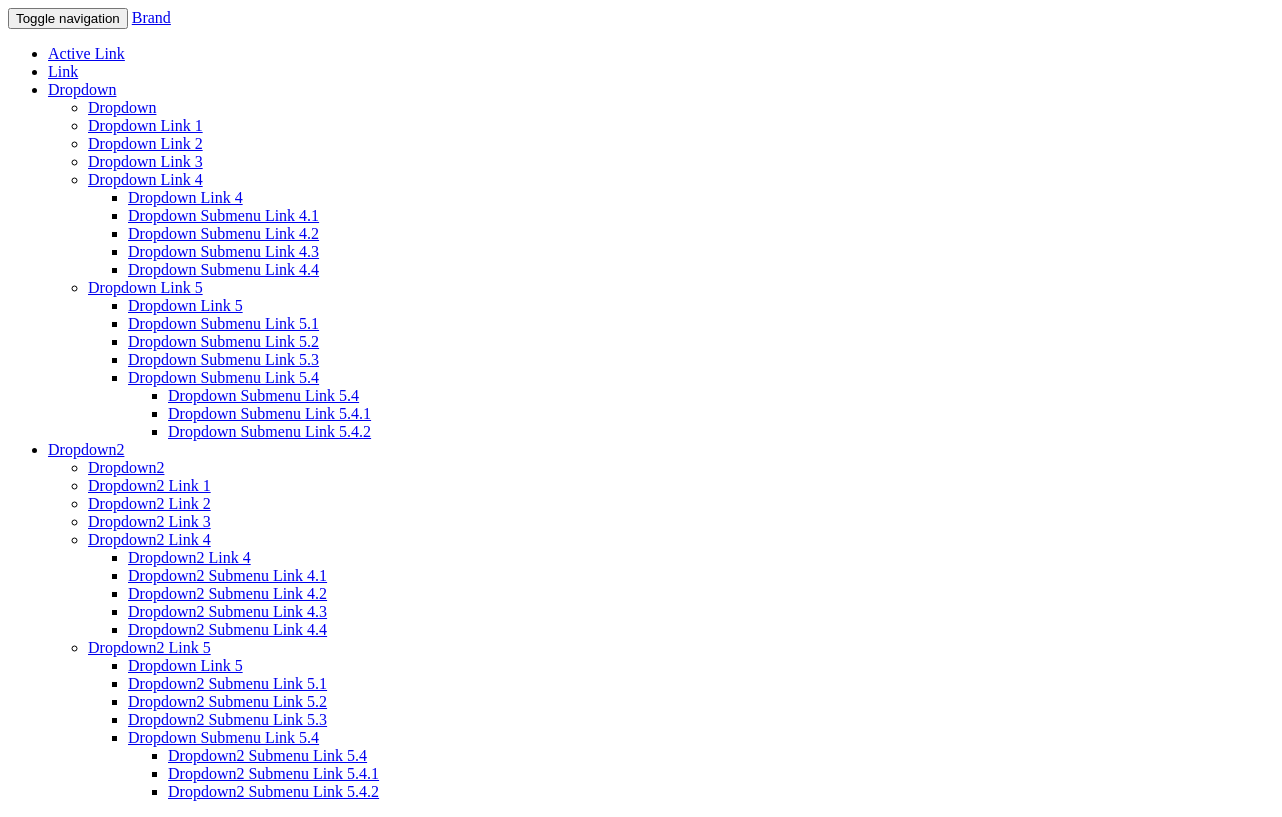
Repository: ganz-95/Denuvo-final
Page: http://localhost/restaurant/
These files come from the project's save history. The page is drawn as it stood at one moment and after the next save; the edit follows.
The browser window is 1280 px wide. The page is 1280 px wide, then 1282 px, so the pictures cover 1282 px, including what lies to the right of the window. The pictures show the whole page.
The page is served by Tomcat 9.

Above is the page before, as saved 2017-01-23 16:35:07.

### workspace/restaurant/src/main/webapp/index.jsp
<html>
<div id="navbar">
  <nav class="navbar navbar-default navbar-static-top" role="navigation">
    <div class="navbar-header">
      <button type="button" class="navbar-toggle" data-toggle="collapse" data-target="#navbar-collapse-1">
      <span class="sr-only">Toggle navigation</span>
      <span class="icon-bar"></span>
      <span class="icon-bar"></span>
      <span class="icon-bar"></span>
      </button>
      <a class="navbar-brand" href="#">Brand</a>
    </div>
    <div class="collapse navbar-collapse" id="navbar-collapse-1">
      <ul class="nav navbar-nav">
        <li class="active"><a href="#">Active Link</a></li>
        <li><a href="#">Link</a></li>
        <li class="dropdown">
          <a href="#" class="dropdown-toggle" data-toggle="dropdown">Dropdown <b class="caret"></b></a>
          <ul class="dropdown-menu">
            <li class="kopie"><a href="#">Dropdown</a></li>
            <li><a href="#">Dropdown Link 1</a></li>
            <li class="active"><a href="#">Dropdown Link 2</a></li>
            <li><a href="#">Dropdown Link 3</a></li>
            <li class="dropdown dropdown-submenu">
              <a href="#" class="dropdown-toggle" data-toggle="dropdown">Dropdown Link 4</a>
              <ul class="dropdown-menu">
                <li class="kopie"><a href="#">Dropdown Link 4</a></li>
                <li><a href="#">Dropdown Submenu Link 4.1</a></li>
                <li><a href="#">Dropdown Submenu Link 4.2</a></li>
                <li><a href="#">Dropdown Submenu Link 4.3</a></li>
                <li><a href="#">Dropdown Submenu Link 4.4</a></li>
              </ul>
            </li>
            <li class="dropdown dropdown-submenu">
              <a href="#" class="dropdown-toggle" data-toggle="dropdown">Dropdown Link 5</a>
              <ul class="dropdown-menu">
                <li class="kopie"><a href="#">Dropdown Link 5</a></li>
                <li><a href="#">Dropdown Submenu Link 5.1</a></li>
                <li><a href="#">Dropdown Submenu Link 5.2</a></li>
                <li><a href="#">Dropdown Submenu Link 5.3</a></li>
                <li class="dropdown dropdown-submenu">
                  <a href="#" class="dropdown-toggle" data-toggle="dropdown">Dropdown Submenu Link 5.4</a>
                  <ul class="dropdown-menu">
                    <li class="kopie"><a href="#">Dropdown Submenu Link 5.4</a></li>
                    <li><a href="#">Dropdown Submenu Link 5.4.1</a></li>
                    <li><a href="#">Dropdown Submenu Link 5.4.2</a></li>
                  </ul>
                </li>
              </ul>
            </li>
          </ul>
        </li>
        <li class="dropdown">
          <a href="#" class="dropdown-toggle" data-toggle="dropdown">Dropdown2 <b class="caret"></b></a>
          <ul class="dropdown-menu">
            <li class="kopie"><a href="#">Dropdown2</a></li>
            <li><a href="#">Dropdown2 Link 1</a></li>
            <li><a href="#">Dropdown2 Link 2</a></li>
            <li><a href="#">Dropdown2 Link 3</a></li>
            <li class="dropdown dropdown-submenu">
              <a href="#" class="dropdown-toggle" data-toggle="dropdown">Dropdown2 Link 4</a>
              <ul class="dropdown-menu">
                <li class="kopie"><a href="#">Dropdown2 Link 4</a></li>
                <li><a href="#">Dropdown2 Submenu Link 4.1</a></li>
                <li><a href="#">Dropdown2 Submenu Link 4.2</a></li>
                <li><a href="#">Dropdown2 Submenu Link 4.3</a></li>
                <li><a href="#">Dropdown2 Submenu Link 4.4</a></li>
              </ul>
            </li>
            <li class="dropdown dropdown-submenu">
              <a href="#" class="dropdown-toggle" data-toggle="dropdown">Dropdown2 Link 5</a>
              <ul class="dropdown-menu">
                <li class="kopie"><a href="#">Dropdown Link 5</a></li>
                <li><a href="#">Dropdown2 Submenu Link 5.1</a></li>
                <li><a href="#">Dropdown2 Submenu Link 5.2</a></li>
                <li><a href="#">Dropdown2 Submenu Link 5.3</a></li>
                <li class="dropdown dropdown-submenu">
                  <a href="#" class="dropdown-toggle" data-toggle="dropdown">Dropdown Submenu Link 5.4</a>
                  <ul class="dropdown-menu">
                    <li class="kopie"><a href="#">Dropdown2 Submenu Link 5.4</a></li>
                    <li><a href="#">Dropdown2 Submenu Link 5.4.1</a></li>
                    <li><a href="#">Dropdown2 Submenu Link 5.4.2</a></li>
                  </ul>
                </li>
              </ul>
            </li>
          </ul>
        </li>
      </ul>
    </div>
    <!-- /.navbar-collapse -->
  </nav>
</div>
</html>

After the next save:
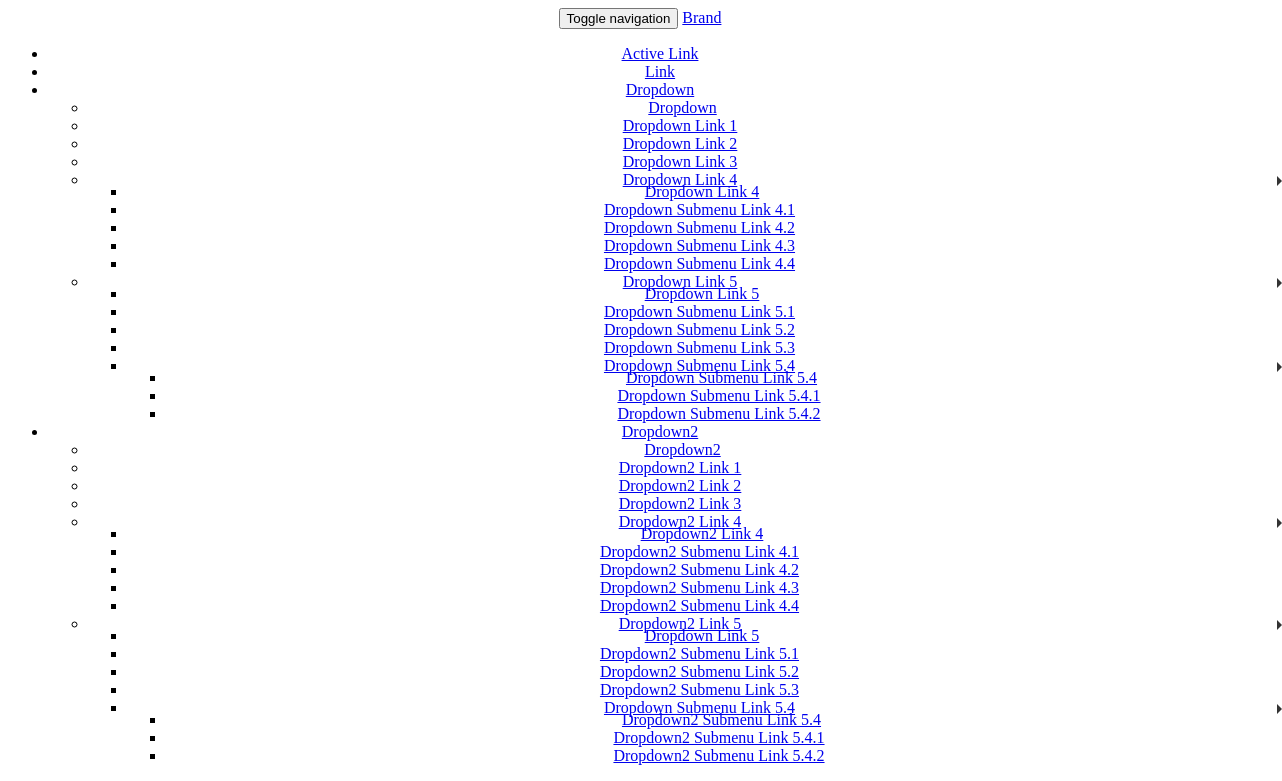
Saved 23 s later.
--- a/workspace/restaurant/src/main/webapp/index.jsp
+++ b/workspace/restaurant/src/main/webapp/index.jsp
@@ -1,4 +1,92 @@
-<html>
+<html><head>
+<style>
+
+.dropdown-menu > li.kopie > a {
+    padding-left:5px;
+}
+
+.dropdown-submenu {
+    position:relative;
+}
+.dropdown-submenu>.dropdown-menu {
+   top:0;left:100%;
+   margin-top:-6px;margin-left:-1px;
+   -webkit-border-radius:0 6px 6px 6px;-moz-border-radius:0 6px 6px 6px;border-radius:0 6px 6px 6px;
+ }
+
+.dropdown-submenu > a:after {
+  border-color: transparent transparent transparent #333;
+  border-style: solid;
+  border-width: 5px 0 5px 5px;
+  content: " ";
+  display: block;
+  float: right;
+  height: 0;
+  margin-right: -10px;
+  margin-top: 5px;
+  width: 0;
+}
+
+.dropdown-submenu:hover>a:after {
+    border-left-color:#555;
+ }
+
+.dropdown-menu > li > a:hover, .dropdown-menu > .active > a:hover {
+  text-decoration: underline;
+}
+
+@media (max-width: 767px) {
+  .navbar-nav  {
+     display: inline;
+  }
+  .navbar-default .navbar-brand {
+    display: inline;
+  }
+  .navbar-default .navbar-toggle .icon-bar {
+    background-color: #fff;
+  }
+  .navbar-default .navbar-nav .dropdown-menu > li > a {
+    color: red;
+    background-color: #ccc;
+    border-radius: 4px;
+    margin-top: 2px;
+  }
+   .navbar-default .navbar-nav .open .dropdown-menu > li > a {
+     color: #333;
+   }
+   .navbar-default .navbar-nav .open .dropdown-menu > li > a:hover,
+   .navbar-default .navbar-nav .open .dropdown-menu > li > a:focus {
+     background-color: #ccc;
+   }
+
+   .navbar-nav .open .dropdown-menu {
+     border-bottom: 1px solid white;
+     border-radius: 0;
+   }
+  .dropdown-menu {
+      padding-left: 10px;
+  }
+  .dropdown-menu .dropdown-menu {
+      padding-left: 20px;
+   }
+   .dropdown-menu .dropdown-menu .dropdown-menu {
+      padding-left: 30px;
+   }
+   li.dropdown.open {
+    border: 0px solid red;
+   }
+
+}
+
+@media (min-width: 768px) {
+  ul.nav li:hover > ul.dropdown-menu {
+    display: block;
+  }
+  #navbar {
+    text-align: center;
+  }
+}
+</style>
 <div id="navbar">
   <nav class="navbar navbar-default navbar-static-top" role="navigation">
     <div class="navbar-header">
